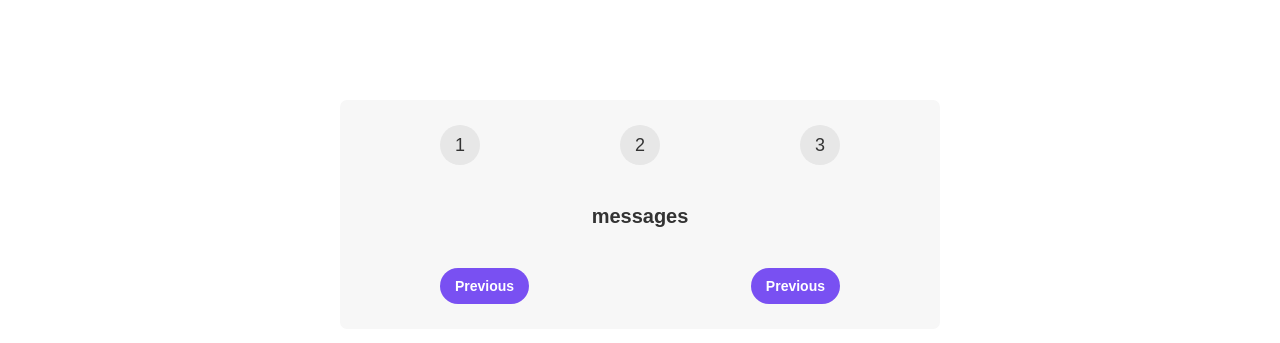
Repository: vgor15/steps
Page: /
An editor plug-in stored every save of this project. The page is shown before and after a run of saves, followed by the edit.
The browser window is 1280 px wide. The pictures show the whole page.
The project was rebuilt for these pictures with package versions that can differ from the ones it lists, and the page was loaded fresh each time.

Above is the page before, as saved 2025-03-07 15:00:09.

### src/App.js
function App() {
  return (
    <div className="steps">
      <div className="numbers">
        <div>1</div>
        <div>2</div>
        <div>3</div>
      </div>

      <p className="message">messages</p>

      <div className="buttons">
        <button style={{ backgroundColor: "#7950f2", color: "#fff" }}>
          Previous
        </button>
        <button style={{ backgroundColor: "#7950f2", color: "#fff" }}>
          Previous
        </button>
      </div>
    </div>
  );
}
export default App;

Loaded but not shown: public/index.html (common file); src/index.js (common file); src/index.css (common file)

After the next 4 saves:
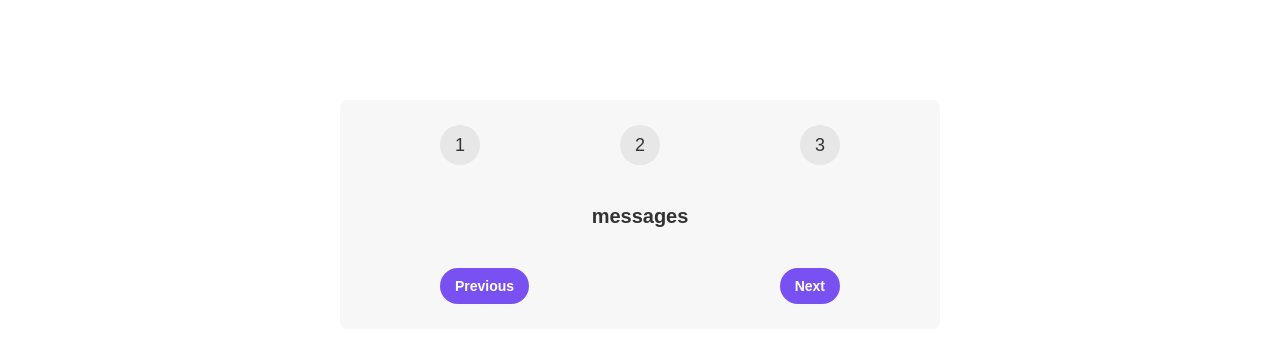
The 4 saves are shown as one change because they came seconds apart.
The last was saved 12 s later.
--- a/src/App.js
+++ b/src/App.js
@@ -14,7 +14,7 @@ function App() {
           Previous
         </button>
         <button style={{ backgroundColor: "#7950f2", color: "#fff" }}>
-          Previous
+          Next
         </button>
       </div>
     </div>
